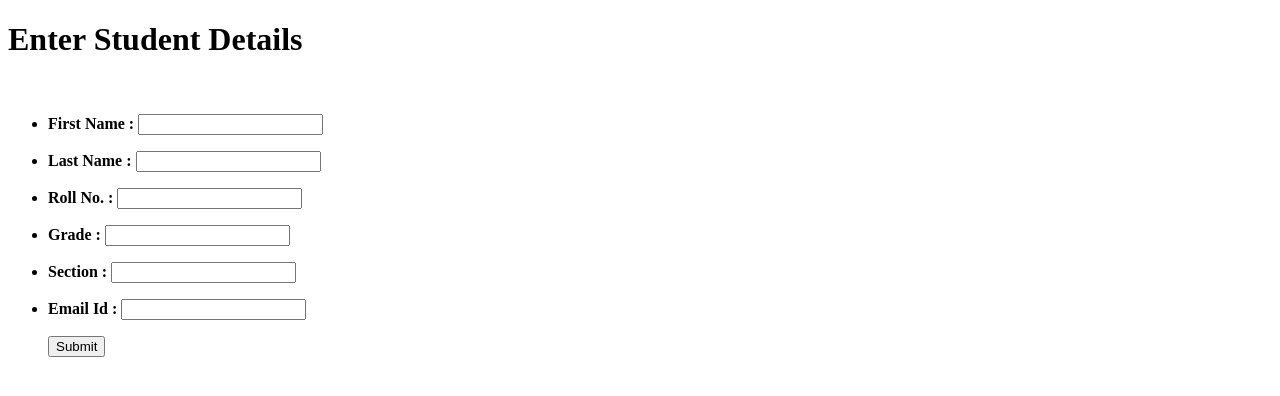
Repository: Sweta155/SchoolProject
Page: http://localhost/demo/WEB-INF/jsp/createStudent.jsp
The author's editor kept a copy of each file at every save. The page is drawn from the files as they stood at one save, then again after the next save.
The browser window is 1280 px wide. The pictures show the whole page.
The page is served by Tomcat 9. Nobody is signed in. The template is opened directly, without the code that normally fills it, so the values that code supplies are empty.

Above is the page before, as saved 2019-11-28 06:46:43.

After the next save:
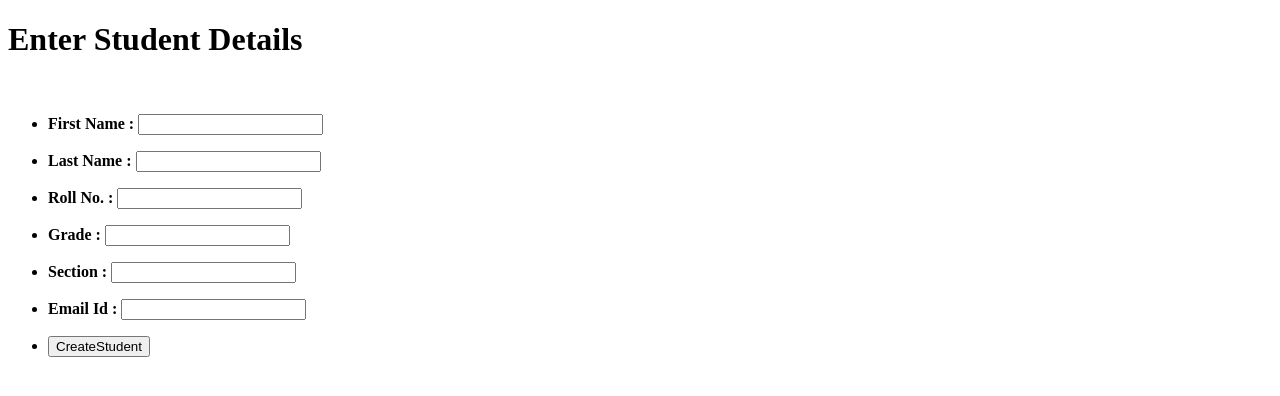
Saved 2 min 36 s later.
--- a/demo/src/main/webapp/WEB-INF/jsp/createStudent.jsp
+++ b/demo/src/main/webapp/WEB-INF/jsp/createStudent.jsp
@@ -17,7 +17,7 @@
         <li><p><b>Grade      : </b><input type="text" name="grade" /></p></li>
         <li><p><b>Section    : </b><input type="text" name="section" /></p></li>
         <li><p><b>Email Id   : </b><input type="text" name="emailId" /></p></li>
-        <input type="submit" />
+        <li><b><input type="submit" value="CreateStudent" name="button" /></b></li>
      </ul>
     </form>
 
